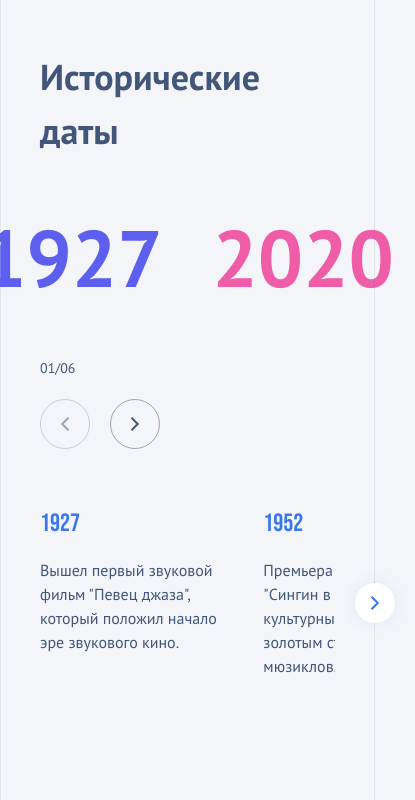
Repository: LenarTulupov/only
Page: /
The author's editor kept a copy of each file at every save. The page is drawn from the files as they stood at one save, then again after a run of saves.
The browser window is 375 px wide. The page is 395 px wide, then 415 px, so the pictures cover 415 px, including what lies to the right of the window. The pictures show the whole page.
The project was rebuilt for these pictures with package versions that can differ from the ones it lists, and the page was loaded fresh each time.

Above is the page before, as saved 2024-12-19 02:16:43.

### public/index.html
<!DOCTYPE html>
<html lang="en">
  <head>
    <meta charset="utf-8" />
    <link rel="icon" href="%PUBLIC_URL%/favicon.ico" />
    <meta name="viewport" content="width=device-width, initial-scale=1" />
    <meta name="theme-color" content="#000000" />
    <meta
      name="description"
      content="Web site created using create-react-app"
    />
    <link rel="apple-touch-icon" href="%PUBLIC_URL%/logo192.png" />
    <link rel="manifest" href="%PUBLIC_URL%/manifest.json" />
    <title>Only Test</title>
  </head>
  <body>
    <noscript>You need to enable JavaScript to run this app.</noscript>
    <div id="root"></div>
  </body>
</html>

### src/index.tsx
import React from 'react';
import ReactDOM from 'react-dom/client';
import Router from './router/router';
import './globals.scss'

const root = ReactDOM.createRoot(
  document.getElementById('root') as HTMLElement
);
root.render(
  <React.StrictMode>
    <Router />
  </React.StrictMode>
);

### src/router/router.tsx
import { BrowserRouter, Route, Routes } from "react-router-dom";
import HomePage from "../pages/home/page";
import PagesLayout from "../layouts/pages-layout";

export default function Router() {
  return (
    <BrowserRouter>
      <Routes>
        <Route element={<PagesLayout />}>
          <Route path="/" element={<HomePage />} />
        </Route>
      </Routes>
    </BrowserRouter>
  )
};

### src/globals.scss
@import url('https://fonts.googleapis.com/css2?family=Bebas+Neue&family=PT+Sans:wght@400;700&display=swap');

:root {
  --background-color: #F4F5F9;
  --main-color: #42567a;
  --main-color-rgba: rgba(66, 86, 122, 0.5);
  --accent-color: #5D5FEF;
  --light-accent-color: #3877EE;
  --accent-second: #EF5DA8;
  --font-main: "PT Sans", serif;
  --font-second: "Bebas Neue", serif;
  --line-height: 150%;
  --font-size-main: 56px;
  --font-size-small: 14px;
  --font-size-big: 200px;
}
body {
  margin: 0;
  padding: 0;
  background-color: var(--background-color);
  color: var(--black-color);
  font-family: var(--font-main);
  line-height: var(--line-height);
}
ul {
  padding: 0;
  margin: 0;
}

li {
  list-style-type: none;
}

a {
  color: var(--black-color);
  text-decoration: none;
}

h1 {
  margin: 0;
}

### src/pages/home/page.tsx
import Container from "../../components/ui/container/container";
import Divider from "../../components/ui/divider/divider";
import HistorySection from "./history/history";
import styles from './page.module.scss';

export default function HomePage() {
  return (
    <div className={styles['home-page']}>
      <Container>
        <div className={styles['home-page__wrapper']}>
          <Divider
            position="vertical"
            className={styles.divider_vertical}
          />
          <HistorySection />
        </div>
      </Container>
    </div>
  )
};

### src/layouts/pages-layout.tsx
import { Outlet } from 'react-router-dom';
import styles from './pages-layout.module.scss';

export default function PagesLayout() {
  return (
    <div className={styles['pages-layout']}>
      <Outlet />
    </div>
  )
};

### src/components/ui/container/container.tsx
import { ReactNode } from "react"
import styles from './container.module.scss';

interface IContainer {
  children: ReactNode;
}

export default function Container({ children }: IContainer) {
  return (
    <div className={styles.container}>
      {children}
    </div>
  )
};

### src/components/ui/divider/divider.tsx
import styles from './divider.module.scss';

interface IDivider {
  position?: 'horizontal' | 'vertical';
  className?: string;
}

export default function Divider({
  position = 'horizontal', className }: IDivider) {
  return <div className={`
    ${styles.divider}
    ${styles[`divider_${position}`]}
    ${className || ''}
  `}/>
};

### src/pages/home/history/history.tsx
import { useState } from "react";
import Title from "../../../components/ui/title/title";
import { circleItems } from "../../../constants/circle-items";
import Circle from "./circle/circle";
import styles from './history.module.scss';
import StepNavigation from "./step-navigation/step-navigation";
import ContentContainer from "../../../components/ui/content-container/content-container";
import Divider from "../../../components/ui/divider/divider";
import Dates from "./dates/dates";
import HistorySlider from "./history-slider/history-slider";

export default function HistorySection() {
  const [activeButton, setActiveButton] = useState<number>(1);
  const activeCategory = circleItems.find((item) => item.id === activeButton);
  const firstDate = activeCategory?.events[0]?.year;
  const lastDate = activeCategory?.events.at(-1)?.year;
  return (
    <section className={styles.history}>
      <Title className={styles.history__title} showBefore>
        Исторические даты
      </Title>
      <div className={styles['history__circle-wrapper']}>
        <Circle
          className={styles.history__circle}
          activeButton={activeButton}
          setActiveButton={setActiveButton}
        />
        <Divider
          position="horizontal"
          className={styles['history__line-center']}
        />
        <Dates
          className={styles.history__dates}
          firstDate={firstDate}
          lastDate={lastDate}
        />
      </div>
      <ContentContainer>
        <StepNavigation
          activeButton={activeButton}
          setActiveButton={setActiveButton}
        />
        <HistorySlider
          activeCategory={activeCategory}
        />
      </ContentContainer>
    </section>
  )
};

### src/pages/home/page.module.scss
.home-page {
  &__wrapper {
    position: relative;
    min-height: 100vh;
    .divider_vertical {
      position: absolute;
      top: 0;
      left: 50%;
      transform: translateX(-50%);
      z-index: -10;
    }
  }

  &__wrapper::before {
    content: "";
    position: absolute;
    top: 0;
    bottom: 0;
    left: 0;
    width: 1px;
    background-color: var(--main-color);
    opacity: 0.1;
  }

  &__wrapper::after {
    content: "";
    position: absolute;
    top: 0;
    bottom: 0;
    right: 0;
    width: 1px;
    background-color: var(--main-color);
    opacity: 0.1;
  }
}
@media(max-width: 768px) {
  .divider_vertical {
    display: none;
  }
}

### src/components/ui/container/container.module.scss
.container {
  max-width: 1440px;
  margin: 0 auto;
}

### src/components/ui/divider/divider.module.scss
.divider {
  background-color: var(--main-color);
  opacity: 0.1;
  &_horizontal {
    width: 100%;
    height: 1px;
  }
  &_vertical {
    width: 1px;
    height: 100%;
  }
}

### src/components/ui/title/title.tsx
import { ReactNode } from 'react';
import styles from './title.module.scss';

interface ITitle {
  children: ReactNode;
  className?: string;
  color?: 'main' | 'blue' | 'light-blue' | 'pink';
  size?: 'main' | 'small'| 'big';
  showBefore?: boolean;
}

export default function Title({
  children,
  className,
  color = 'main',
  size = 'main',
  showBefore = false }: ITitle) {
  return (
    <h1
      className={`
        ${styles.title}
        ${className || ''}
        ${styles[`title__color-${color}`]}
        ${styles[`title__size-${size}`]}
        ${showBefore ? styles['title_before'] : ''}
      `}>
      {children}
    </h1>
  )
};

### src/pages/home/history/circle/circle.tsx
import { useEffect, useRef, Dispatch, SetStateAction } from 'react';
import { gsap } from 'gsap';
import { circleItems } from '../../../../constants/circle-items';
import styles from './circle.module.scss';

interface ICircle {
  className?: string;
  activeButton: number;
  setActiveButton: Dispatch<SetStateAction<number>>;
}

export default function Circle({
  className,
  activeButton,
  setActiveButton }: ICircle) {
  const circleRef = useRef<HTMLDivElement>(null);
  const buttonsRef = useRef<HTMLDivElement[]>([]);

  const handleActiveButton = (btnId: number) => {
    setActiveButton(btnId);
  };

  useEffect(() => {
    const rotationAngle = (1 - activeButton) * 60;
    gsap.to(circleRef.current, {
      rotate: rotationAngle,
      duration: 0.5,
      ease: 'power2.out',
    });

    buttonsRef.current.forEach((btn) => {
      let buttonRotation = 0;

      switch (activeButton) {
        case 2:
          buttonRotation = 60;
          break;
        case 3:
          buttonRotation = 120;
          break;
        case 4:
          buttonRotation = 180;
          break;
        case 5:
          buttonRotation = 240;
          break;
        case 6:
          buttonRotation = 300;
          break;
        default:
          buttonRotation = 0;
          break;
      }

      gsap.to(btn, {
        rotate: buttonRotation,
        duration: 0.5,
        ease: 'power2.out',
      });
    });
  }, [activeButton]);

  return (
    <div ref={circleRef} className={`${styles.circle} ${className || ''}`}>
      {circleItems.map((item, index) => {
        const btnId = index + 1;
        return (
          <div
            key={btnId}
            ref={(el) => (buttonsRef.current[index] = el!)}
            className={`
                ${styles[`circle__btn-${btnId}`]}
                ${styles.circle__btn}
                ${activeButton === btnId ? styles.active : ''}
              `}
            onClick={() => handleActiveButton(btnId)}
          >
            {btnId}
            <span
              className={`
                  ${styles['sub-title']}
                  ${activeButton === btnId ? styles.active : ''}
                `}
            >
              {item.category}
            </span>
          </div>
        );
      })}
    </div>
  );
}

### src/pages/home/history/history.module.scss
.history {
  padding: 50px 0;
  &__title {
    padding-left: 78px;
    width: 353px;
  }
  &__circle-wrapper {
    position: relative;
  }
  &__circle {
    margin: 0 auto;
  }
  &__line-center {
    position: absolute;
    top: 50%;
    left: 0;
    transform: translateY(-50%);
    z-index: -10;
  }
}
@media (max-width: 1100px) {
  .history__dates {
    font-size: 150px;
    gap: 190px !important;
  }
}
@media (max-width: 992px) {
  .history {
    &__title {
      font-size: 46px;
      padding-left: 40px;
    }
  }
}
@media (max-width: 900px) {
  .history__dates {
    font-size: 120px;
  }
}
@media (max-width: 768px) {
  .history {
    &__title {
      font-size: 36px;
      width: 230px;
    }
    &__circle {
      display: none;
    }
    &__circle-wrapper {
      margin: 40px 0;
    }
    &__dates {
      justify-content: center;
      font-size: 100px;
      position: static !important;
      gap: 50px !important;
      transform: translate(0) !important;
      text-align: center;
    }
    &__line-center {
      display: none;
    }
  }
}
@media(max-width: 568px) {
  .history__dates {
    font-size: 80px;
  }
}

### src/pages/home/history/step-navigation/step-navigation.tsx
import { Dispatch, SetStateAction } from "react";
import NavigationButtons from "./navigation-buttons/navigation-buttons";
import SliderStep from "./slider-step/slider-step";
import styles from './step-navigation.module.scss';

interface IStepNavigation {
  className?: string;
  activeButton: number;
  setActiveButton: Dispatch<SetStateAction<number>>;
}

export default function StepNavigation({
  className,
  activeButton,
  setActiveButton }: IStepNavigation) {

    const handleNext = () => {
      setActiveButton((p) => (p < 6 ? p + 1 : 1));
    };

    const handlePrev = () => {
      setActiveButton((p) => (p > 1 ? p - 1 : 6));
    };

    return (
      <div className={`${styles['step-navigation']} ${className || ''}`}>
        <SliderStep activeButton={activeButton} />
        <NavigationButtons
          handleNext={handleNext}
          handlePrev={handlePrev}
          isBeginning={activeButton === 1}
          isEnd={activeButton === 6}
        />
      </div>
    );
};

### src/components/ui/content-container/content-container.tsx
import { ReactNode } from 'react';
import styles from './content-container.module.scss';

interface IContentContainer {
  children: ReactNode;
  className?: string;
}

export default function ContentContainer({
  children, className }: IContentContainer) {
  return (
    <div className={`${styles['content-container']} ${className || ''}`}>
      {children}
    </div>
  )
};

### src/pages/home/history/dates/dates.tsx
import { useEffect, useState } from 'react';
import Title from '../../../../components/ui/title/title';
import styles from './dates.module.scss';

interface IDates {
  className?: string;
  firstDate: string;
  lastDate: string;
}

export default function Dates({ className, firstDate, lastDate }: IDates) {
  const [currentFirstDate, setCurrentFirstDate] = useState(Number(firstDate));
  const [currentLastDate, setCurrentLastDate] = useState(Number(lastDate));

  useEffect(() => {
    const animateNumber = (
      from: number,
      to: number,
      setNumber: React.Dispatch<React.SetStateAction<number>>
    ) => {
      const stepTime = 20;
      const steps = 50;
      const delta = (to - from) / steps;

      let currentStep = 0;
      const interval = setInterval(() => {
        currentStep += 1;
        const nextValue = from + delta * currentStep;
        setNumber(Math.round(nextValue));

        if (currentStep >= steps) {
          clearInterval(interval);
          setNumber(to);
        }
      }, stepTime);
    };

    animateNumber(Number(currentFirstDate), Number(firstDate), setCurrentFirstDate);
    animateNumber(Number(currentLastDate), Number(lastDate), setCurrentLastDate);
  }, [firstDate, lastDate]);
  return (
    <div className={`${styles.dates} ${className || ''}`}>
      <Title className={className} color='blue' size='big'>{currentFirstDate}</Title>
      <Title className={className} color='pink' size='big'>{currentLastDate}</Title>
    </div>
  )
};

### src/pages/home/history/history-slider/history-slider.tsx
import { useEffect, useRef, useState } from "react";
import { Swiper, SwiperClass, SwiperSlide } from "swiper/react";
import { Navigation } from "swiper/modules";
import { IHistorySlider } from "../../../../types/history-slider.interface";
import SliderContent from "./slider-content/slider-content";
import ArrowButton from "../../../../components/ui/arrow-button/arrow-button";
import "swiper/css";
import "swiper/css/navigation";
import styles from "./history-slider.module.scss";

export default function HistorySlider({ className, activeCategory }: IHistorySlider) {
  const [prevCategory, setPrevCategory] = useState(activeCategory);
  const [isBeginning, setIsBeginning] = useState(true);
  const [isEnd, setIsEnd] = useState(false);
  const containerRef = useRef<HTMLDivElement | null>(null);
  const prevRef = useRef<HTMLDivElement | null>(null);
  const nextRef = useRef<HTMLDivElement | null>(null);
  const swiperRef = useRef<SwiperClass | null>(null);

  useEffect(() => {
    if (prevCategory?.id !== activeCategory?.id) {
      if (containerRef.current) {
        containerRef.current.classList.add(styles["fade-out"]);

        setTimeout(() => {
          if (containerRef.current) {
            containerRef.current.classList.remove(styles["fade-out"]);
            setPrevCategory(activeCategory);
            containerRef.current.classList.add(styles["fade-in"]);

            setTimeout(() => {
              if (containerRef.current) {
                containerRef.current.classList.remove(styles["fade-in"]);
              }
            }, 500);
          }
        }, 500);
      }
    }
  }, [activeCategory, prevCategory]);

  useEffect(() => {
    if (swiperRef.current) {
      const { navigation } = swiperRef.current.params;

      if (navigation && typeof navigation !== 'boolean') {
        navigation.prevEl = prevRef.current;
        navigation.nextEl = nextRef.current;

        swiperRef.current.navigation.destroy();
        swiperRef.current.navigation.init();
        swiperRef.current.navigation.update();
      }

      setIsBeginning(swiperRef.current.isBeginning);
      setIsEnd(swiperRef.current.isEnd);

      swiperRef.current.on("slideChange", () => {
        setIsBeginning(swiperRef.current.isBeginning);
        setIsEnd(swiperRef.current.isEnd);
      });

      return () => {
        swiperRef.current?.off("slideChange");
      };
    }
  }, [activeCategory]);

  useEffect(() => {
    if (swiperRef.current) {
      swiperRef.current.slideTo(0, 0);
    }
  }, [activeCategory]);

  return (
    <div
      ref={containerRef}
      className={`${className || ""} ${styles["history-slider"]}`}
    >
      <Swiper
        spaceBetween={40}
        slidesPerView={1.5}
        modules={[Navigation]}
        onSwiper={(swiper) => {
          swiperRef.current = swiper;
        }}
        breakpoints={{
          1200: {
            spaceBetween: 80,
            slidesPerView: 3.5
          },
          768: {
            slidesPerView: 2.5,
            spaceBetween: 25
          },
        }}
      >
        {activeCategory?.events.map((event) => (
          <SwiperSlide key={event.id}>
            <SliderContent year={event.year} text={event.title} />
          </SwiperSlide>
        ))}
      </Swiper>

      {!isBeginning && (
        <div ref={prevRef} className={styles.prev}>
          <ArrowButton
            onClick={() => swiperRef.current?.slidePrev()}
            slider
            disabled={isBeginning}
          />
        </div>
      )}
      {!isEnd && (
        <div ref={nextRef} className={styles.next}>
          <ArrowButton
            rotation="right"
            onClick={() => swiperRef.current?.slideNext()}
            slider
            disabled={isEnd}
          />
        </div>
      )}
    </div>
  );
}

### src/components/ui/title/title.module.scss
.title {
  line-height: 150%;
  position: relative;
  &::before {
    content: "";
    position: absolute;
    top: 50%;
    transform: translateY(-50%);
    left: 0;
    height: 120px;
    width: 6px;
    background: linear-gradient(to bottom, var(--accent-color) 0%, var(--accent-second) 100%);
    visibility: hidden;
  }
  &.title_before::before {
    visibility: visible;
    @media(max-width: 768px) {
      visibility: hidden;
    }
  }
  &__color-main {
    color: var(--main-color);
  }

  &__color-blue {
    color: var(--accent-color);
  }
  &__color-light-blue {
    color: var(--light-accent-color);
  }

  &__color-pink {
    color: var(--accent-second);
  }

  &__size-main {
    font-size: var(--font-size-main);
  }
  &__size-small {
    font-size: var(--font-size-small);
  }

  &__size-big {
    font-size: var(--font-size-big);
  }
}

### src/pages/home/history/circle/circle.module.scss
.circle {
  position: relative;
  width: 530px;
  height: 530px;
  border: 1px solid rgba(66, 86, 122, 0.1);
  border-radius: 100%;
  display: flex;
  justify-content: center;
  align-items: center;
  transform-origin: center;
}

.circle__btn {
  position: absolute;
  display: flex;
  align-items: center;
  justify-content: center;
  width: 6px;
  height: 6px;
  border: none;
  background-color: var(--main-color);
  border-radius: 100%;
  color: var(--main-color);
  line-height: 30px;
  font-size: 0;
  cursor: pointer;
  transition: width 0.3s ease-in-out, height 0.3s ease-in-out, font-size 0.3s ease-in-out;
}

.circle__btn::before {
  content: "";
  position: absolute;
  top: 50%;
  left: 50%;
  transform: translate(-50%, -50%);
  width: 25px;
  height: 25px;
  border-radius: 100%;
  background: transparent;
}

.sub-title {
  position: absolute;
  top: 50%;
  left: 0;
  transform: translateY(-50%);
  margin-left: 76px;
  font-weight: bold;
  opacity: 0;
  transition: opacity 0.3s ease-in-out;
}

.sub-title.active {
  opacity: 1;
}

.circle__btn:hover,
.circle__btn.active {
  width: 56px;
  height: 56px;
  font-size: 16px;
  background-color: #f4f5f9;
  outline: 1px solid rgba(48, 62, 88, 0.5);
}

.circle__btn-1 {
  transform: rotate(300deg) translateX(265px) rotate(-300deg);
}
.circle__btn-2 {
  transform: rotate(0deg) translateX(265px) rotate(0deg);
}
.circle__btn-3 {
  transform: rotate(60deg) translateX(265px) rotate(-60deg);
}
.circle__btn-4 {
  transform: rotate(120deg) translateX(265px) rotate(-120deg);
}
.circle__btn-5 {
  transform: rotate(180deg) translateX(265px) rotate(-180deg);
}
.circle__btn-6 {
  transform: rotate(240deg) translateX(265px) rotate(-240deg);
}

### src/pages/home/history/step-navigation/navigation-buttons/navigation-buttons.tsx
import ArrowButton from '../../../../../components/ui/arrow-button/arrow-button';
import styles from './navigation-buttons.module.scss';

interface INavigationButtons {
  handleNext: () => void;
  handlePrev: () => void;
  isBeginning: boolean;
  isEnd: boolean;
}

export default function NavigationButtons({
  handleNext,
  handlePrev,
  isBeginning,
  isEnd }: INavigationButtons) {
  return (
    <div className={styles['navigation-buttons']}>
      <ArrowButton
        onClick={handlePrev}
        disabled={isBeginning}
      />
      <ArrowButton
        rotation='right'
        onClick={handleNext}
        disabled={isEnd}
      />
    </div>
  );
};

### src/pages/home/history/step-navigation/slider-step/slider-step.tsx
import Title from "../../../../../components/ui/title/title";
import styles from './slider-step.module.scss';

interface ISliderStep {
  activeButton: number;
}

export default function SliderStep({ activeButton }: ISliderStep) {
  return <Title size="small" className={styles.font}>0{activeButton}/06</Title>
};

### src/pages/home/history/step-navigation/step-navigation.module.scss
.step-navigation {
  display: flex;
  flex-direction: column;
  row-gap: 20px;
}

### src/components/ui/content-container/content-container.module.scss
.content-container {
  max-width: 1440px;
  margin: 0 auto;
  padding: 0 80px;
  @media(max-width: 768px) {
    padding: 0 40px;
  }
}

### src/pages/home/history/dates/dates.module.scss
.dates {
  position: absolute;
  top: 50%;
  left: 50%;
  transform: translate(-50%, -50%);
  display: flex;
  gap: 80px;
  z-index: -1;
}

### src/pages/home/history/history-slider/slider-content/slider-content.tsx
import Text from "../../../../../components/ui/text/text";
import Title from "../../../../../components/ui/title/title";
import styles from './slider-content.module.scss';

interface ISliderContent {
  year: string;
  text: string;
}

export default function SliderContent({ year, text }: ISliderContent) {
  return (
    <div className={styles['slider-content']}>
      <Title
        size="small"
        color="light-blue"
        className={styles['slider-content__title']}
      >
        {year}
      </Title>
      <Text text={text} />
    </div>
  )
};

### src/components/ui/arrow-button/arrow-button.tsx
import styles from './arrow-button.module.scss';

interface IArrowButton {
  rotation?: 'left' | 'right'
  onClick?: () => void;
  slider?: boolean;
  disabled?: boolean;
  className?: string;
}

export default function ArrowButton({
  rotation,
  onClick,
  slider = false,
  disabled = false,
  className}: IArrowButton) {
  return (
    <button
      className={`
        ${styles['arrow-button']}
        ${styles[rotation]}
        ${slider ? styles['arrow-button_slider'] : ''}
        ${className || ''}
        ${disabled ? styles.disabled : ''}
      `}
      onClick={onClick}
      disabled={disabled}
    >
      <svg width="10" height="14" viewBox="0 0 10 14" fill="none" xmlns="http://www.w3.org/2000/svg">
        <path d="M8.49988 0.750001L2.24988 7L8.49988 13.25" stroke="#42567A" stroke-width="2" />
      </svg>
    </button>
  )
};

### src/pages/home/history/history-slider/history-slider.module.scss
.history-slider {
  position: relative;
  margin-top: 56px;
}
.next {
  position: absolute;
  top: 50%;
  transform: translateY(-50%);
  right: -60px;
  z-index: 10;
}
.prev {
  position: absolute;
  top: 50%;
  transform: translateY(-50%);
  left: -60px;
  z-index: 10;
}

.fade-out {
  opacity: 0;
  transition: opacity 0.5s ease;
}
.fade-in {
  opacity: 1;
  transition: opacity 0.5s ease;
}

### src/pages/home/history/step-navigation/navigation-buttons/navigation-buttons.module.scss
.navigation-buttons {
  display: flex;
  column-gap: 20px;
}
.disabled {
  opacity: .5;
  cursor: auto;
}

### src/pages/home/history/step-navigation/slider-step/slider-step.module.scss
.font {
  font-weight: 400;
}

### src/components/ui/text/text.tsx
import styles from './text.module.scss';

interface IText {
  text: string;
}

export default function Text({ text }: IText) {
  return (
    <div className={styles.text}>
        { text }
    </div>
  )
};

### src/pages/home/history/history-slider/slider-content/slider-content.module.scss
.slider-content {
  display: flex;
  flex-direction: column;
  row-gap: 15px;
  cursor: grabbing;
  &__title {
    font-family: var(--font-second);
    font-weight: 400;
    font-size: 25px;
  }
}

### src/components/ui/arrow-button/arrow-button.module.scss
.arrow-button {
  width: 50px;
  height: 50px;
  display: flex;
  align-items: center;
  justify-content: center;
  border: 1px solid var(--main-color-rgba);
  background-color: transparent;
  border-radius: 100%;
  cursor: pointer;
}
.arrow-button_slider {
  width: 40px;
  height: 40px;
  background-color: #fff;
  border: none;
  box-shadow: 0 0 15px 0 rgba(56, 119, 238, 0.1);
  svg path {
    stroke: var(--light-accent-color);
  }
}
.left {
  transform: rotate(0deg);
}
.right {
  transform: rotate(180deg);
}
.disabled {
  opacity: .5;
  cursor: auto;
}

### src/components/ui/text/text.module.scss
.text {
  color: var(--main-color);
}

Loaded but not shown: src/constants/circle-items.ts (122 lines, source omitted); src/layouts/pages-layout.module.scss (no stored copy; drawn as an empty file)

After the next 6 saves:
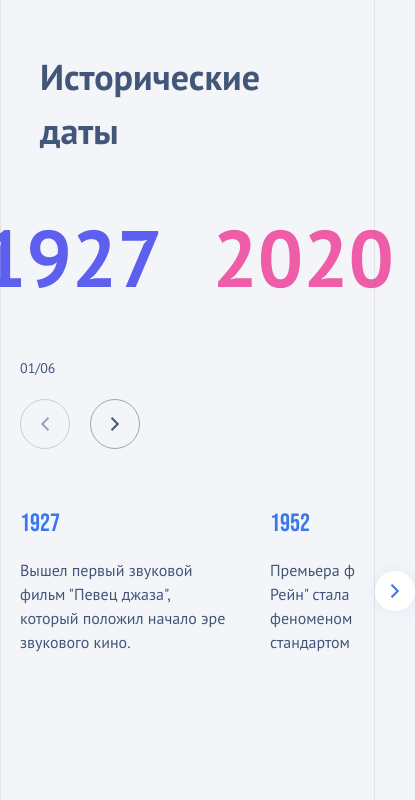
The 6 saves are shown as one change because 3 did not build or start and some came seconds apart.
The last was saved 25 s later.
--- a/src/components/ui/content-container/content-container.module.scss
+++ b/src/components/ui/content-container/content-container.module.scss
@@ -5,4 +5,7 @@
   @media(max-width: 768px) {
     padding: 0 40px;
   }
+  @media(max-width: 480px) {
+    padding: 0 20px;
+  }
 }
